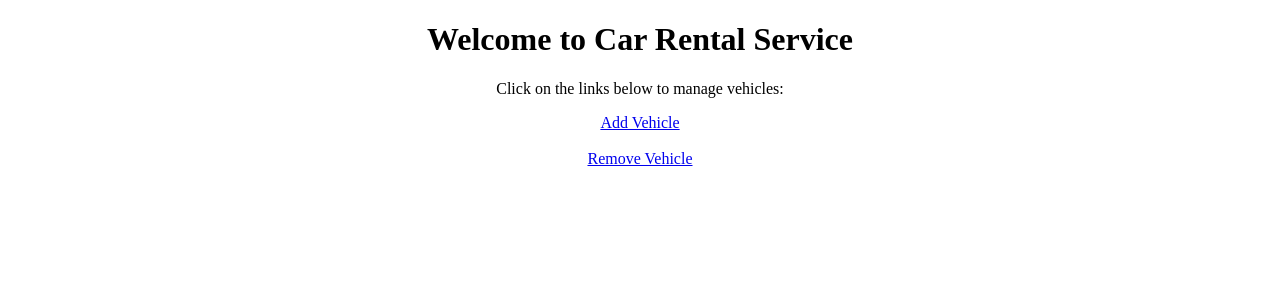
Repository: harsh23012/InfiniteProjects
Page: CarRent/carrent/src/main/webapp/Main.html
An editor plug-in stored every save of this project. The page is shown before and after the next save, followed by the edit.
The browser window is 1280 px wide. The pictures show the whole page.

Above is the page before, as saved 2025-05-02 11:03:03.

### CarRent/carrent/src/main/webapp/Main.html
<!DOCTYPE html>
<html>
<head>
<meta charset="UTF-8">
<title>Insert title here</title>
</head>
<body>
	 <center>
        <h1>Welcome to Car Rental Service</h1>

        <p>Click on the links below to manage vehicles:</p>

        <!-- Link to add vehicle page -->
        <a href="AddVehicle.html">Add Vehicle</a><br><br>

        <!-- Link to remove vehicle page -->
        <a href="RemoveVehicle.html">Remove Vehicle</a>
    </center>

</body>
</html>

After the next save:
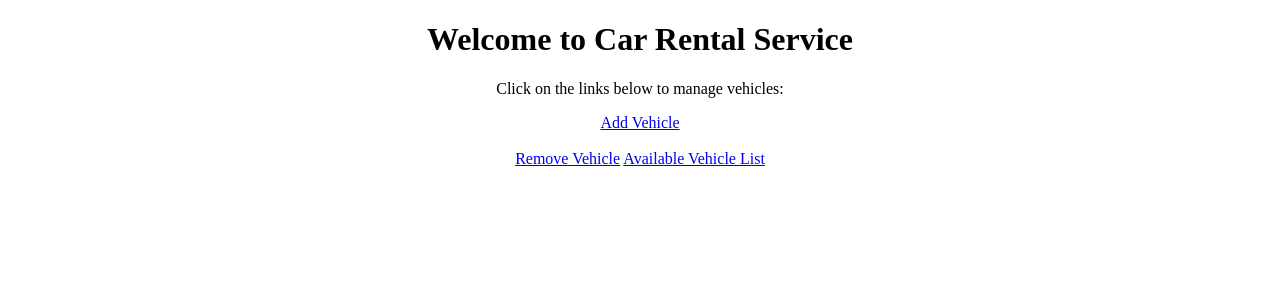
Saved 76 s later.
--- a/CarRent/carrent/src/main/webapp/Main.html
+++ b/CarRent/carrent/src/main/webapp/Main.html
@@ -15,6 +15,9 @@
 
         <!-- Link to remove vehicle page -->
         <a href="RemoveVehicle.html">Remove Vehicle</a>
+
+        <!-- Link to list of available vehicle page -->
+        <a href="AvailVehicle.html">Available Vehicle List</a>
     </center>
 
 </body>
